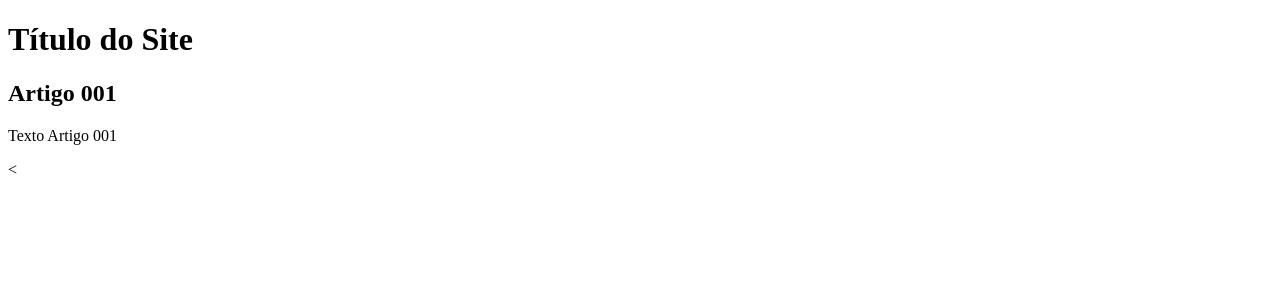
Repository: AnthonyLuanSantos/projeto-site
Page: index.html
These files come from the project's save history. The page is drawn as it stood at one moment and after the next save; the edit follows.
The browser window is 1280 px wide. The pictures show the whole page.

Above is the page before, as saved 2024-08-18 20:31:31.

### index.html
<!DOCTYPE html>
<html lang="pt-br">
<head>
    <meta charset="UTF-8">
    <meta name="viewport" content="width=device-width, initial-scale=1.0">
    <title>Título do Site</title>
</head>
<body>
    <main>
        <header>
            <h1>Título do Site</h1>
        </header>
        <article>
            <h2>Artigo 001</h2>
            <p>Texto Artigo 001</p>
        </article>
        <article>
            <
        </article>
    </main>
</body>
</html>

After the next save:
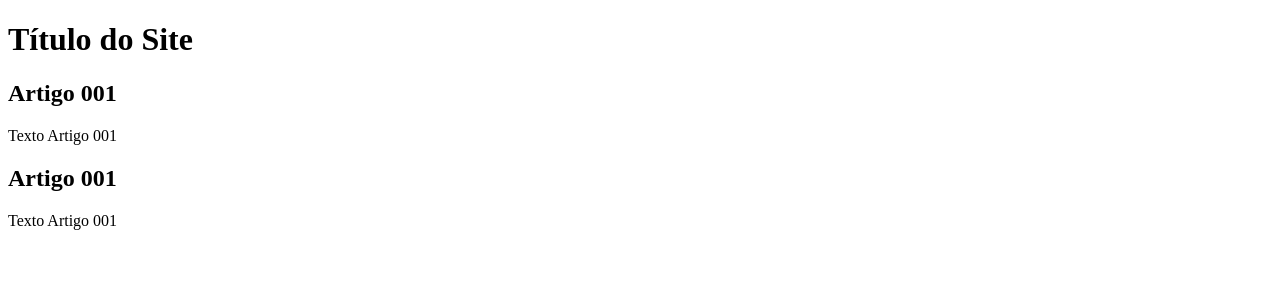
Saved 16 s later.
--- a/index.html
+++ b/index.html
@@ -15,7 +15,8 @@
             <p>Texto Artigo 001</p>
         </article>
         <article>
-            <
+            <h2>Artigo 001</h2>
+            <p>Texto Artigo 001</p>
         </article>
     </main>
 </body>
